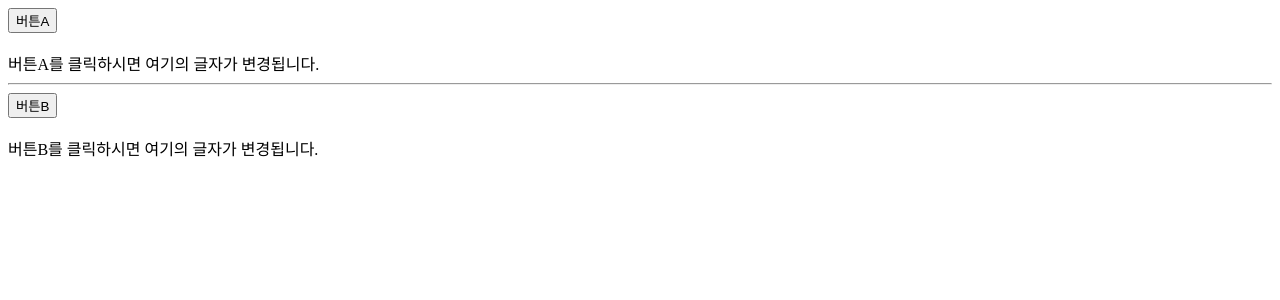
Repository: l3asic/TeamC
Page: 09.jQuery/WebContent/jq03.html
An editor plug-in stored every save of this project. The page is shown before and after the next save, followed by the edit.
The browser window is 1280 px wide. The pictures show the whole page.

Above is the page before, as saved 2021-12-08 06:43:17.

After the next save:
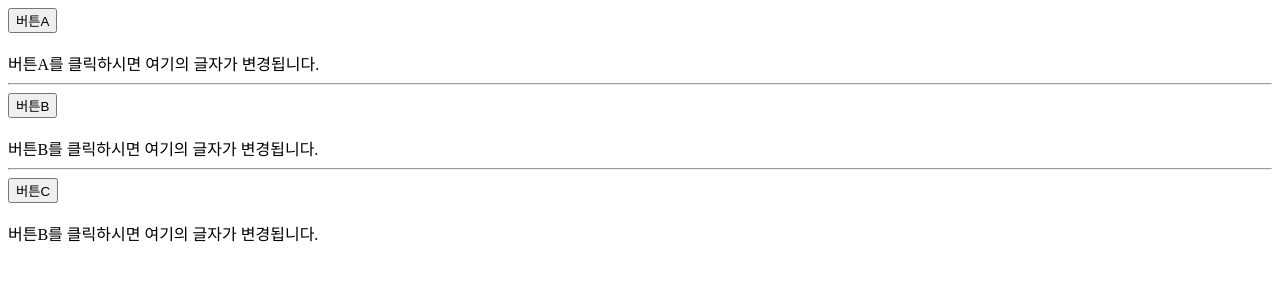
Saved 5 min 30 s later.
--- a/09.jQuery/WebContent/jq03.html
+++ b/09.jQuery/WebContent/jq03.html
@@ -17,6 +17,11 @@ $(document).ready(function(){
 		$("#display2").html("반갑습니다^^");
 	});	//click()
 });	//ready()
+
+function fnClick(){
+	document.getElementById("display3").value = "";
+	document.getElementById("display3").value = "어서오세요^^";
+}
 </script>
 
 </head>
@@ -34,5 +39,13 @@ $(document).ready(function(){
 <div id="display2">
 버튼B를 클릭하시면 여기의 글자가 변경됩니다.
 </div>
+
+<hr>
+
+<button id="btn3" onclick="fnClick()">버튼C</button>
+<br/><br/>
+<div id="display3">
+버튼B를 클릭하시면 여기의 글자가 변경됩니다.
+</div>
 </body>
 </html>
